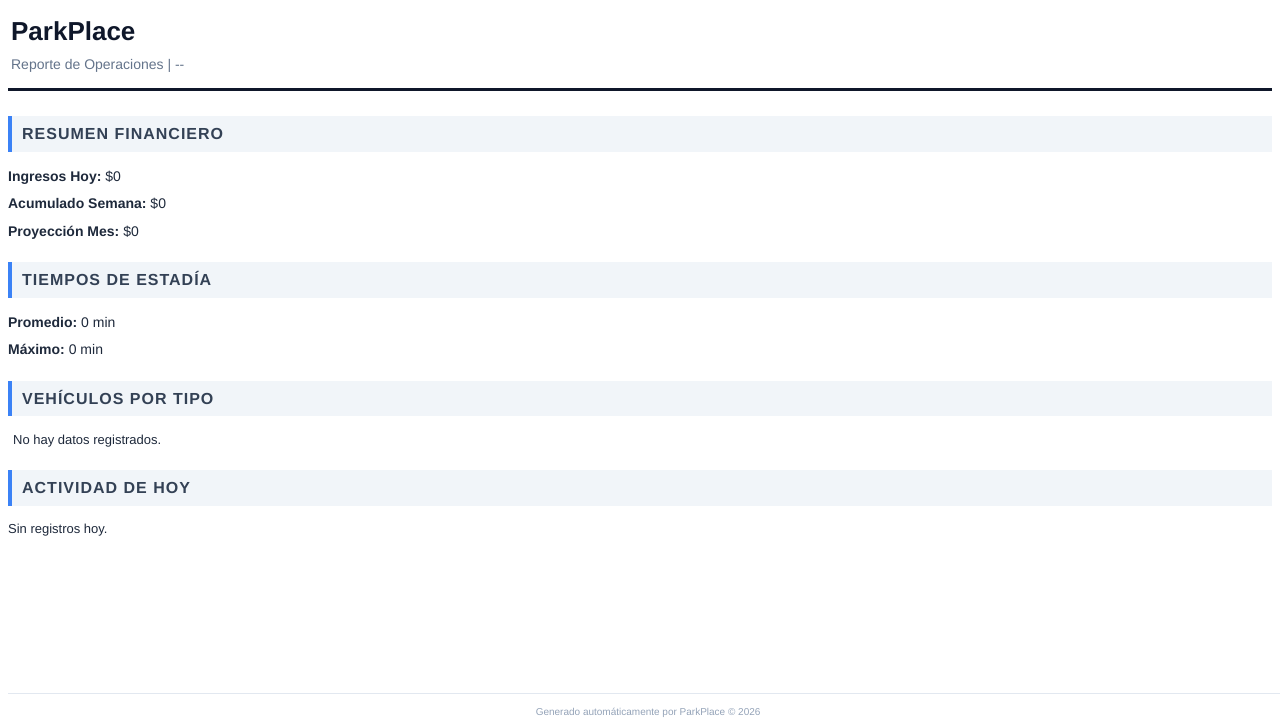
Repository: david-amp-s/ParkplaceDJango
Page: infrastructure/templates/reports_pdf.html
The author's editor kept a copy of each file at every save. The page is drawn from the files as they stood at one save, then again after the next save.
The browser window is 1280 px wide. The pictures show the whole page.
The template is drawn by Django 5.2. The application's start-up code is not run. The template is opened directly, without the code that normally fills it, so the values that code supplies are empty.

Above is the page before, as saved 2026-03-28 22:40:42.

After the next save:
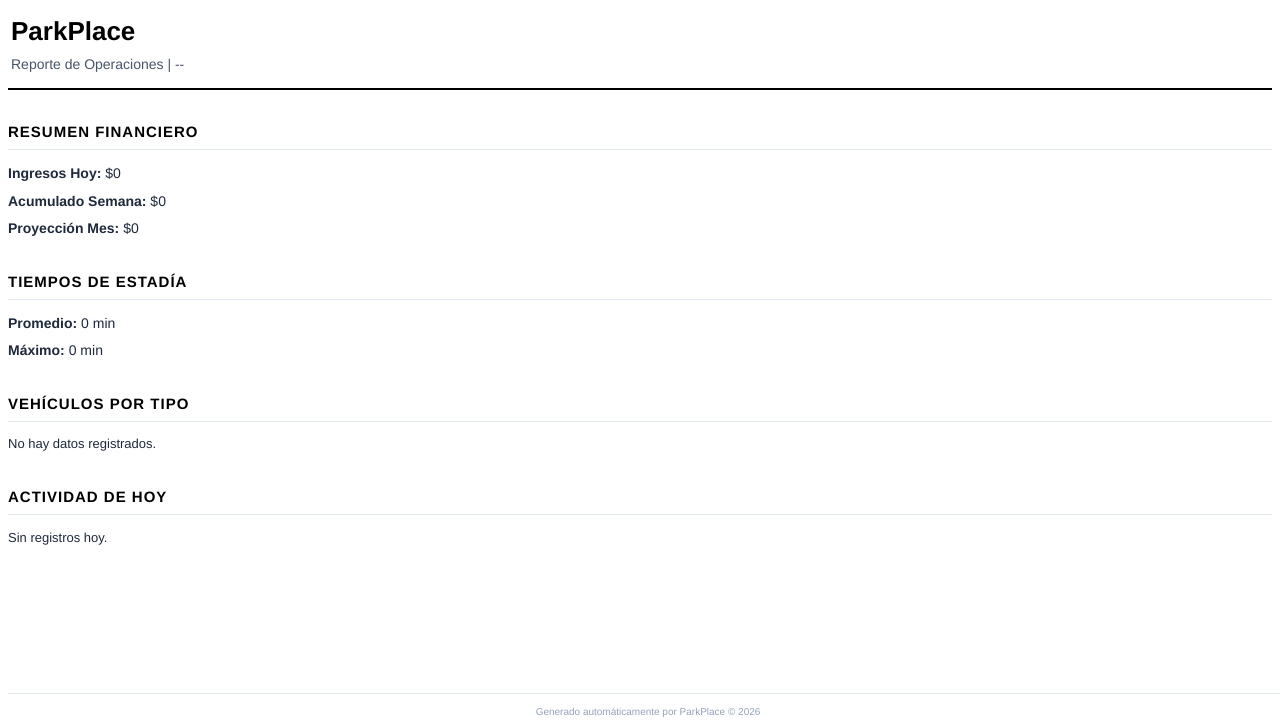
Saved 37 s later.
--- a/infrastructure/templates/reports_pdf.html
+++ b/infrastructure/templates/reports_pdf.html
@@ -11,7 +11,7 @@
             font-size: 13px;
         }
         .header {
-            border-bottom: 3px solid #0f172a;
+            border-bottom: 2px solid #000;
             padding-bottom: 10px;
             margin-bottom: 25px;
         }
@@ -23,16 +23,15 @@
             width: 85px;
             height: auto;
         }
-        h1 { margin: 0; font-size: 26px; color: #0f172a; }
-        .header-subtitle { margin: 0; color: #64748b; font-size: 14px; }
+        h1 { margin: 0; font-size: 26px; color: #000; }
+        .header-subtitle { margin: 0; color: #475569; font-size: 14px; }
 
         h2 {
-            background-color: #f1f5f9;
-            padding: 5px 10px;
-            font-size: 16px;
-            color: #334155;
-            border-left: 4px solid #3b82f6;
-            margin-top: 20px;
+            border-bottom: 1px solid #e2e8f0;
+            padding: 5px 0;
+            font-size: 15px;
+            color: #000;
+            margin-top: 25px;
             text-transform: uppercase;
             letter-spacing: 1px;
         }
@@ -40,7 +39,6 @@
         .kpi-group { margin: 10px 0; }
         .kpi-item { margin-bottom: 5px; font-size: 14px; }
 
-        /* Lista sin símbolos ni puntos */
         .clean-list {
             list-style: none;
             padding: 0;
@@ -48,13 +46,11 @@
         }
         .clean-list li {
             margin-bottom: 6px;
-            padding-left: 5px;
         }
 
-        /* Estilo de hora sin bordes extraños */
         .time-label {
             font-weight: bold;
-            color: #3b82f6;
+            color: #000;
             margin-right: 10px;
         }
 
